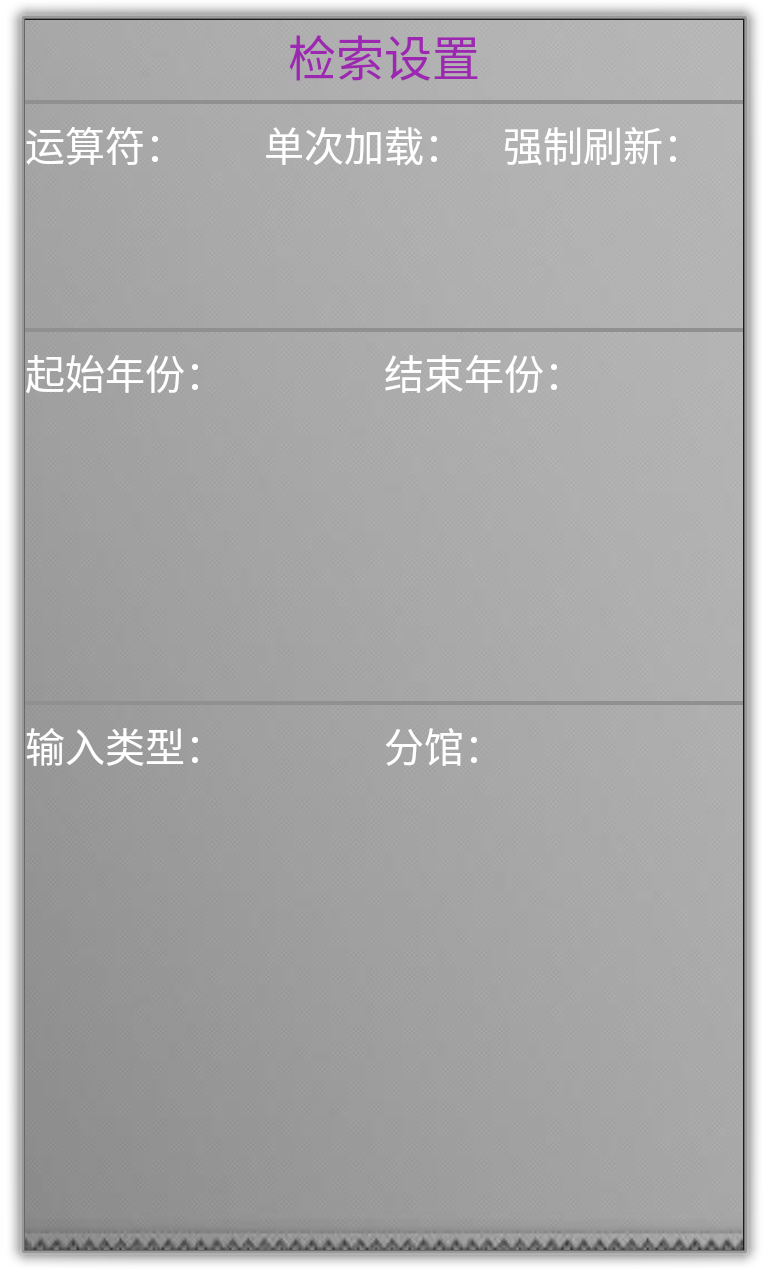
Repository: zhuyue1314/SysuLibrary
Layout: SysuLibrary-android/SysuMobileLibrary/res/layout/activity_search_settings.xml
An editor plug-in stored every save of this project. The layout is shown before and after the next save, followed by the edit.
It is drawn on a 768 x 1280 px phone screen (xhdpi) without system bars, with theme android:Theme.Dialog; the app's code is not run.

Above is the layout before, as saved 2016-01-03 08:55:21.

### SysuLibrary-android/SysuMobileLibrary/res/layout/activity_search_settings.xml
<LinearLayout xmlns:android="http://schemas.android.com/apk/res/android"
    xmlns:tools="http://schemas.android.com/tools"
    android:layout_width="match_parent"
    android:layout_height="match_parent"
    android:background="@drawable/gray_bg"
    android:gravity="center"
    android:orientation="vertical"
    tools:context=".SearchSettingsActivity" >

    <TextView
        android:layout_width="wrap_content"
        android:layout_height="wrap_content"
        android:text="检索设置"
        android:textColor="#9c27b0"
        android:textSize="24sp" />

    <View
        android:layout_width="match_parent"
        android:layout_height="2dip"
        android:layout_marginBottom="5dp"
        android:layout_marginTop="5dp"
        android:background="#FF909090" />

    <LinearLayout
        android:layout_width="match_parent"
        android:layout_height="wrap_content"
        android:gravity="center"
        android:orientation="horizontal" >

        <TextView
            android:layout_width="0dp"
            android:layout_height="wrap_content"
            android:layout_weight="1"
            android:text="运算符："
            android:textColor="#ffffff"
            android:textSize="20sp" />

        <TextView
            android:layout_width="0dp"
            android:layout_height="wrap_content"
            android:layout_weight="1"
            android:text="单次加载："
            android:textColor="#ffffff"
            android:textSize="20sp" />
        <TextView
            android:layout_width="0dp"
            android:layout_height="wrap_content"
            android:layout_weight="1"
            android:text="强制刷新："
            android:textColor="#ffffff"
            android:textSize="20sp" />
    </LinearLayout>

    <LinearLayout
        android:layout_width="match_parent"
        android:layout_height="0dp"
        android:layout_weight="1"
        android:gravity="center"
        android:orientation="horizontal" >

        <RelativeLayout
            android:id="@+id/rl_op"
            android:layout_width="0dp"
            android:layout_height="match_parent"
            android:layout_weight="1" >
        </RelativeLayout>

        <RelativeLayout
            android:id="@+id/rl_num"
            android:layout_width="0dp"
            android:layout_height="match_parent"
            android:layout_weight="1" >
        </RelativeLayout>

        <RelativeLayout
            android:id="@+id/rl_flush"
            android:layout_width="0dp"
            android:layout_height="match_parent"
            android:layout_weight="1" >
        </RelativeLayout>
    </LinearLayout>

    <View
        android:layout_width="match_parent"
        android:layout_height="2dip"
        android:layout_marginBottom="5dp"
        android:layout_marginTop="5dp"
        android:background="#FF909090" />

    <LinearLayout
        android:layout_width="match_parent"
        android:layout_height="wrap_content"
        android:gravity="center"
        android:orientation="horizontal" >

        <TextView
            android:layout_width="0dp"
            android:layout_height="wrap_content"
            android:layout_weight="1"
            android:text="起始年份："
            android:textColor="#ffffff"
            android:textSize="20sp" />

        <TextView
            android:layout_width="0dp"
            android:layout_height="wrap_content"
            android:layout_weight="1"
            android:text="结束年份："
            android:textColor="#ffffff"
            android:textSize="20sp" />
    </LinearLayout>

    <LinearLayout
        android:layout_width="match_parent"
        android:layout_height="0dp"
        android:layout_weight="2"
        android:orientation="horizontal" >

        <RelativeLayout
            android:id="@+id/rl_start_year"
            android:layout_width="0dp"
            android:layout_height="match_parent"
            android:layout_weight="1" >
        </RelativeLayout>

        <RelativeLayout
            android:id="@+id/rl_end_year"
            android:layout_width="0dp"
            android:layout_height="match_parent"
            android:layout_weight="1" >
        </RelativeLayout>
    </LinearLayout>

    <View
        android:layout_width="match_parent"
        android:layout_height="2dip"
        android:layout_marginBottom="5dp"
        android:layout_marginTop="5dp"
        android:background="#FF909090" />

    <LinearLayout
        android:layout_width="match_parent"
        android:layout_height="wrap_content"
        android:gravity="center"
        android:orientation="horizontal" >

        <TextView
            android:layout_width="0dp"
            android:layout_height="wrap_content"
            android:layout_weight="1"
            android:text="输入类型："
            android:textColor="#ffffff"
            android:textSize="20sp" />

        <TextView
            android:layout_width="0dp"
            android:layout_height="wrap_content"
            android:layout_weight="1"
            android:text="分馆："
            android:textColor="#ffffff"
            android:textSize="20sp" />
    </LinearLayout>

    <LinearLayout
        android:layout_width="match_parent"
        android:layout_height="0dp"
        android:layout_weight="3"
        android:orientation="horizontal"
        android:layout_marginBottom="20dp" >

        <RelativeLayout
            android:id="@+id/rl_keytype"
            android:layout_width="0dp"
            android:layout_height="match_parent"
            android:layout_weight="1" >
        </RelativeLayout>

        <RelativeLayout
            android:id="@+id/rl_sub_library"
            android:layout_width="0dp"
            android:layout_height="match_parent"
            android:layout_weight="1" >
        </RelativeLayout>
    </LinearLayout>

</LinearLayout>

After the next save:
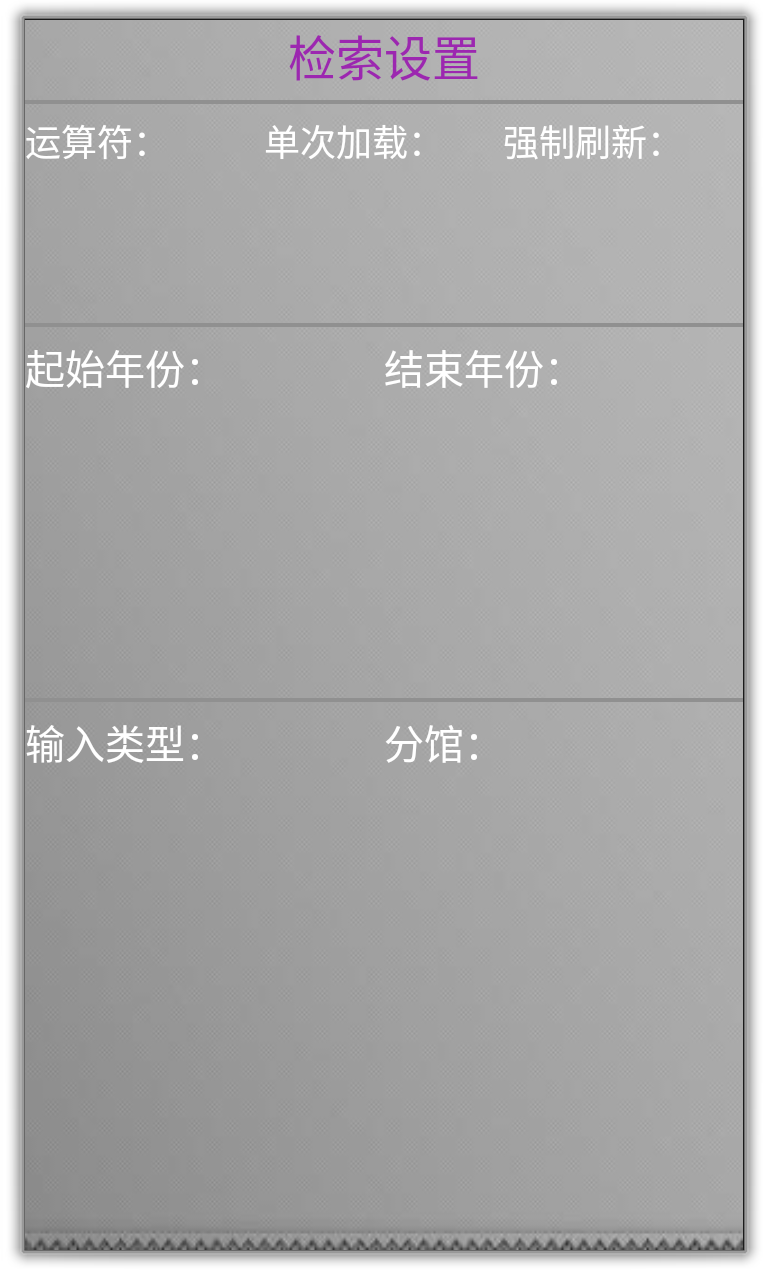
Saved 117 s later.
--- a/SysuLibrary-android/SysuMobileLibrary/res/layout/activity_search_settings.xml
+++ b/SysuLibrary-android/SysuMobileLibrary/res/layout/activity_search_settings.xml
@@ -33,7 +33,7 @@
             android:layout_weight="1"
             android:text="运算符："
             android:textColor="#ffffff"
-            android:textSize="20sp" />
+            android:textSize="18sp" />
 
         <TextView
             android:layout_width="0dp"
@@ -41,14 +41,14 @@
             android:layout_weight="1"
             android:text="单次加载："
             android:textColor="#ffffff"
-            android:textSize="20sp" />
+            android:textSize="18sp" />
         <TextView
             android:layout_width="0dp"
             android:layout_height="wrap_content"
             android:layout_weight="1"
             android:text="强制刷新："
             android:textColor="#ffffff"
-            android:textSize="20sp" />
+            android:textSize="18sp" />
     </LinearLayout>
 
     <LinearLayout
